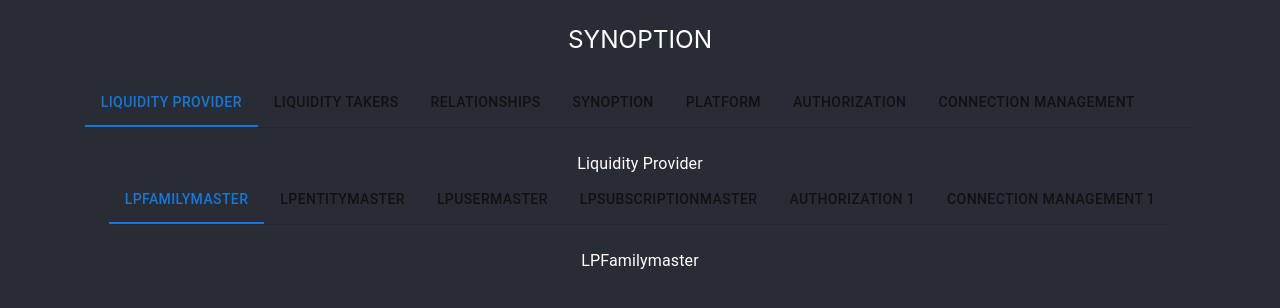
Repository: Kanika-tech/project-demo
Page: /
The author's editor kept a copy of each file at every save. The page is drawn from the files as they stood at one save, then again after the next save.
The browser window is 1280 px wide. The pictures show the whole page.
The project was rebuilt for these pictures with package versions that can differ from the ones it lists, and the page was loaded fresh each time.

Above is the page before, as saved 2021-12-11 21:56:38.

After the next save:
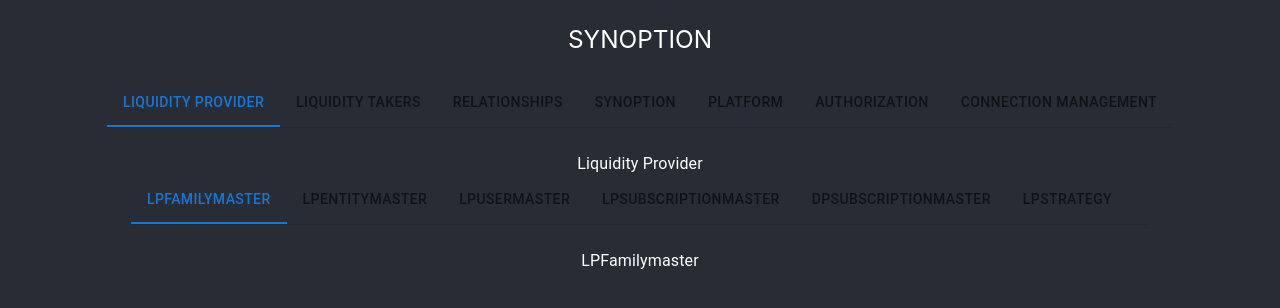
Saved 39 s later.
--- a/src/MockData/dashboard-data.js
+++ b/src/MockData/dashboard-data.js
@@ -17,10 +17,10 @@
                     title: 'LPSubscriptionMaster'
                 },
                {
-                    title: 'Authorization 1'
+                    title: 'DPSubscriptionMaster'
                 },
                 {
-                    title: 'Connection Management 1'
+                    title: 'LPStrategy'
                 }
             ]
         },
